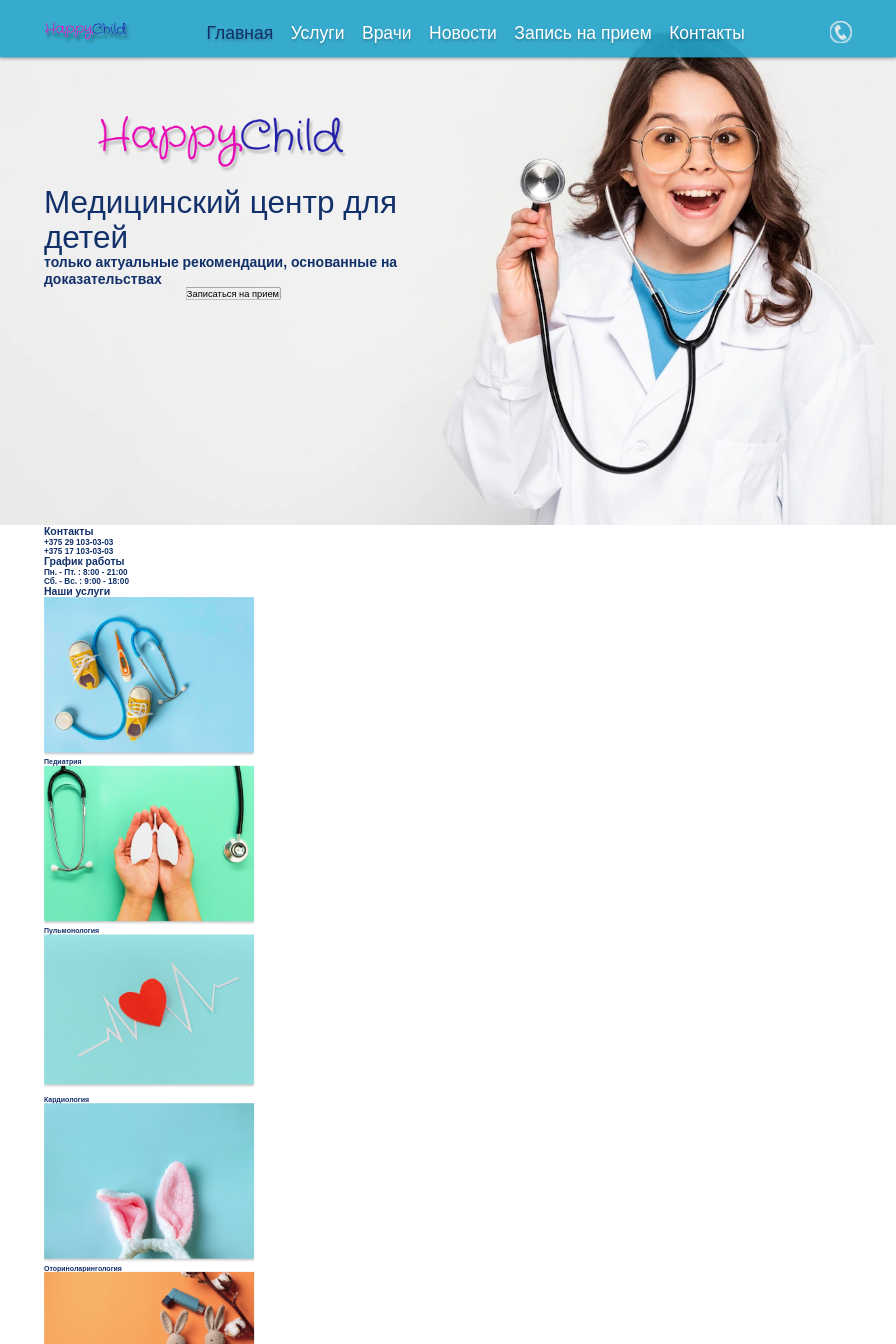
Repository: Normandy72/Landing-Page-Happy-Child
Page: index.html
These files come from the project's save history. The page is drawn as it stood at one moment and after the next save; the edit follows.
The browser window is 1280 px wide. The pictures show the part of the page from y = 0 to 1920 px (the page is 8201 px tall before and 8104 px after), at 70% of full size.
Some web fonts or font styles are not loaded; a fallback is used.

Above is the page before, as saved 2022-11-11 23:08:02.
Not found: styles/doctors_card.css
Not found: styles/news_card.css
Not found: styles/services_card.css

### index.html
<!DOCTYPE html>
<html lang="en">
<head>
    <meta charset="UTF-8">
    <meta http-equiv="X-UA-Compatible" content="IE=edge">
    <meta name="viewport" content="width=device-width, initial-scale=1.0">
    <link href="https://fonts.googleapis.com/css2?family=Neucha&display=swap" rel="stylesheet">
    <link rel="icon" href="resources/icon/stethoscope.ico" sizes="16x16">
    <link rel="icon" href="resources/icon/stethoscope.ico" sizes="32x32">
    <link rel="icon" href="resources/icon/stethoscope.ico" sizes="64x64">
    <link rel="stylesheet" href="styles/main.css">
    <title>Happy Child</title>
</head>

<body>
    <header>
        <div class="wrapper layout-3-columns">
            <a href="#">
                <div class="header__logo"></div>
            </a>
            <nav class="header__navigation">
                <a class = "navigation__link selected_link" href="#">Главная</a>
                <a class = "navigation__link" href="#">Услуги</a>
                <a class = "navigation__link" href="#">Врачи</a>
                <a class = "navigation__link" href="#">Новости</a>
                <a class = "navigation__link" href="#">Запись на прием</a>
                <a class = "navigation__link" href="#">Контакты</a>
            </nav>
            <a href="tel: +375291030303">
                <div class="header__phone"></div>
            </a>
        </div>
    </header>

    <main>
        <section class="section__main">
            <div class="wrapper">
                <div class="main__text">
                    <div class="main__logo"></div>
                    <h1>Медицинский центр для детей</h1>
                    <h5>только актуальные рекомендации, основанные на доказательствах</h5>
                    <button class="button button_accented">Записаться на прием</button>
                </div>
            </div>
        </section>

        <section class="section__information wrapper">
            <div class="information__block block__phone">
                <div class="block__icon"></div>
                <h2 class="heading_light">Контакты</h2>
                <h3>+375 29 103-03-03</h3>
                <h3>+375 17 103-03-03</h3>
            </div>
            <div class="information__block block__shedule">
                <div class="block__icon"></div>
                <h2 class="heading_light">График работы</h2>
                <h3>Пн. - Пт. :    8:00 - 21:00</h3>
                <h3>Сб. - Вс. :    9:00 - 18:00</h3>
            </div>
        </section>

        <section>
            <div class="section__lines">
                <div></div>
                <div></div>
                <div></div>
                <div></div>
            </div>
            <div class="wrapper section__services">
                <h2 class="heading_dark">Наши услуги</h2>
                <div class="services__card">
                    <img src="resources/img/services/pediatria.png" alt="pediatria">
                    <h4>Педиатрия</h4>
                </div>

                <div class="services__card">
                    <img src="resources/img/services/pulmo.png" alt="pulmo">
                    <h4>Пульмонология</h4>
                </div>

                <div class="services__card">
                    <img src="resources/img/services/cardio.png" alt="cardio">
                    <h4>Кардиология</h4>
                </div>

                <div class="services__card">
                    <img src="resources/img/services/lor.png" alt="lor">
                    <h4>Оториноларингология</h4>
                </div>

                <div class="services__card">
                    <img src="resources/img/services/allergo.png" alt="allergo">
                    <h4>Аллергология</h4>
                </div>

                <div class="services__card">
                    <img src="resources/img/services/surgery.png" alt="surgery">
                    <h4>Хирургия</h4>
                </div>

                <div class="services__card">
                    <img src="resources/img/services/neuro.png" alt="neuro">
                    <h4>Неврология</h4>
                </div>

                <div class="services__card">
                    <img src="resources/img/services/endocryn.png" alt="endocryn">
                    <h4>Эндокринология</h4>
                </div>

                <div class="services__card">
                    <img src="resources/img/services/ophtalm.png" alt="ophtalm">
                    <h4>Офтальмология</h4>
                </div>

                <div class="services__card">
                    <img src="resources/img/services/vaccination.png" alt="vaccination">
                    <h4>Вакцинация</h4>
                </div>

                <div class="services__card">
                    <img src="resources/img/services/usd.png" alt="usd">
                    <h4>УЗ-диагностика</h4>
                </div>

                <div class="services__card">
                    <img src="resources/img/services/stayhome.png" alt="stayhome">
                    <h4>Вызов врача на дом</h4>
                </div>
            </div>
        </section>

        <section class="section__addition">
            <div class="wrapper addition__info">
                <div class="addition__text">
                    <h2 class="heading_light">Записаться на прием онлайн</h2>
                    <h5>Записаться на приём можно в любое время суток и без выходных</h5>
                </div>
                <button class="button button_standart">Записаться онлайн</button>
            </div>
        </section>

        <section class="wrapper section__chief">
            <div class="chief__foto"></div>
            <div class="chief__text">
                <div class="text__lines">
                    <div class="lines__line"></div>
                    <p>“</p>
                    <div class="lines__line"></div>
                </div>
                <h5>Счастливый ребенок – это, прежде всего, ребенок здоровый, и только потом уже читающий
                и играющий на скрипке.</h5>
                <div class="text__lines">
                    <div class="lines__line"></div>
                    <p>”</p>
                    <div class="lines__line"></div>
                </div>
                <h5>Главный врач клиники</h5>
                <div class="chief__logo"></div>
                <h5>Самуилова Инна Абрамовна</h5>
            </div>
        </section>

        <section class="wrapper section__doctors">
            <h2 class="heading_dark">Познакомьтесь с нашими специалистами</h2>
            <p>Мы гордимся тем, что являемся медицинским центром, где Ваши дети на первом месте!
                В кратчайшие сроки мы предоставляем медицинскую помощь высочайшего качества и индивидуальное лечение ведущими специалистами страны. </p>
            <div class="doctors__arrays">
                <div></div>
                <div></div>
            </div>
            <div class="doctors__cards">
                <div class="doctors__card">
                    <img src="resources/img/doctors/ivanov1.png" alt="ivanov1">
                    <h5>Иванов Илья Денисович</h5>
                    <h6>Врач-оториноларинголог</h6>
                </div>

                <div class="doctors__card">
                    <img src="resources/img/doctors/stanina1.png" alt="stanina1">
                    <h5>Станина Александра Ивановна</h5>
                    <h6>Врач-офтальмолог</h6>
                </div>

                <div class="doctors__card">
                    <img src="resources/img/doctors/tkachenko1.png" alt="tkachenko1">
                    <h5>Ткаченко Антонина Львовна</h5>
                    <h6>Врач-невролог</h6>
                </div>

                <div class="doctors__card">
                    <img src="resources/img/doctors/savenko1.png" alt="savenko1">
                    <h5>Савенко Алина Викторовна</h5>
                    <h6>Врач-педиатр</h6>
                </div>

                <div class="doctors__card">
                    <img src="resources/img/doctors/krotov1.png" alt="krotov1">
                    <h5>Кротов Алексей Геннадьевич</h5>
                    <h6>Врач-хирург</h6>
                </div>

                <div class="doctors__card">
                    <img src="resources/img/doctors/karpovich1.png" alt="karpovich1">
                    <h5>Карпович Анна Игоревна</h5>
                    <h6>Врач-кардиолог</h6>
                </div>

                <div class="doctors__card">
                    <img src="resources/img/doctors/akulich1.png" alt="akulich1">
                    <h5>Акулич Олег Васильевич</h5>
                    <h6>Врач-эндокринолог</h6>
                </div>

                <div class="doctors__card">
                    <img src="resources/img/doctors/astapenko1.png" alt="astapenko1">
                    <h5>Астапенко Ирина Эдуардовна</h5>
                    <h6>Врач УЗ-диагностики</h6>
                </div>
            </div>
        </section>

        <section>
            <div class="section__lines">
                <div></div>
                <div></div>
                <div></div>
            </div>
            <div class="wrapper section__news">
                <h2 class="heading_dark">Новости</h2>
                <div class="news_card">
                    <img src="resources/img/news/news1.png" alt="news1">
                    <h4>25. 07. 2022   15 : 00</h4>
                    <h3>Всемирный день здоровья полости рта</h3>
                    <h5>Взрослея, организм ребенка испытывает множество изменений. В честь Всемирного дня здоровья полости рта наши стоматологи расскажут родителям и детям, как заботиться о зубах и деснах в разных возрастных периодах, какие средства использовать, чтобы смена молочных зубов прошла легко и безболезненно, и еще много-много полезного!</h5>
                    <a href="#">Подробнее...</a>
                </div>

                <div class="news_card">
                    <img src="resources/img/news/news2.png" alt="news1">
                    <h4>27. 07. 2022   13 : 30</h4>
                    <h3>Европейская неделя иммунизации</h3>
                    <h5>Знаете ли Вы, что иммунизация является единственным и надежным способом борьбы с эпидемиологическими заболеваниями, такими как корь, полиомиелит, эпидемический паротит и др.? В рамках Европейской недели иммунизации врач-педиатр Савенко Алина Викторовна познакомит Вас с текущим календарем профилактических прививок и ответит на все волнующие Вас вопросы! </h5>
                    <a href="#">Подробнее...</a>
                </div>

                <div class="news_card">
                    <img src="resources/img/news/news3.png" alt="news1">
                    <h4>28. 07. 2022    16 : 00</h4>
                    <h3>Международный день офтальмологии</h3>
                    <h5>Ухудшение зрения может лишить человека возможности заниматься любимым делом. Хорошо, что современная офтальмология обладает широкими возможностями для лечения многих заболеваний глаз.  Приходите к нам в Международный день офтальмологии и узнайте, что рекомендуют специалисты для профилактии заболеваний глаз.</h5>
                    <a href="#">Подробнее...</a>
                </div>
            </div>
        </section>

        <section class="section__addition">
            <div class="wrapper addition__info">
                <div class="addition__text">
                    <h2 class="heading_light">Подписаться на рассылку</h2>
                    <h5>Будьте в курсе новостей !</h5>
                </div>
                <form class="addition__form">
                    <input class = "addition__input" type="text" value="Email">
                    <button class="button button_standart">Подписаться</button>
                </form>
            </div>
        </section>

        <section class="wrapper section__callback">
            <div class="callback__form">
                <h2 class="heading_dark">Остались вопросы?</h2>
                <h5>Оставьте заявку, мы Вам перезвоним!</h5>
                <form action="">
                    <input class="callback__input" type="text" value="Ваше имя">
			        <input class="callback__input" type="tel" placeholder="Номер телефона" pattern="+375(29,17,33,44)[0-9]{3}-[0-9]{2}-[0-9]{2}" required>
			        <select class="callback__input" name="menu" size="1">
				        <option>Желаемая услуга</option>
				        <option value="ped">Педиатрия</option>
				        <option value="pulmo">Пульмонология</option>
				        <option value="cardio">Кардиология</option>
				        <option value="lor">Оториноларингология</option>
				        <option value="allergo">Аллергология</option>
				        <option value="surg">Хирургия</option>
				        <option value="neuro">Неврология</option>
				        <option value="endocryn">Эндокринология</option>
				        <option value="ophtalm">Офтальмология</option>
				        <option value="vaccin">Вакцинация</option>
				        <option value="usd">УЗ-диагностика</option>
				        <option value="stayhome">Вызов врача на дом</option>
			        </select>
			        <input class="callback__input" type="date" value="2022-01-01" min="2022-01-01" max="2022-12-31">
                    <label class="callback__checkbox">
                        <input type="checkbox">
                        Я даю согласие на хранение и обработку персональных данных
                    </label>
			        <button class="button button_standart">Оставить заявку</button>
                </form>
            </div>
            <div class="callback__photo"></div>
        </section>

        <section class="wrapper section__contacts">
            <h2 class="heading_dark">Ждем Вас в нашем центре !</h2>
            <div class="contacts__info">
                <h3>Контакты</h3>
                <h5>Мы находимся по адресу:</h5>
                <h4>г. Минск, ул. Матусевича, 70</h4>
                <h5>Связаться:</h5>
                <a href="tel: +375291030303">+375 29 103-03-03</a>
                <a href="tel: +375171030303">+375 17 103-03-03</a>
                <h5>Мы в соц. сетях:</h5>
                <div class="contacts__social">
                    <a href="#"></a>
                </div>
                <div class="contacts__social">
                    <a href="#"></a>
                </div>
                <div class="contacts__social">
                    <a href="#"></a>
                </div>
            </div>
            <div class="contacts__map">
                <iframe src="https://www.google.com/maps/embed?pb=!1m18!1m12!1m3!1d2349.7572817965843!2d27.4501670158107!3d53.91828888010291!2m3!1f0!2f0!3f0!3m2!1i1024!2i768!4f13.1!3m3!1m2!1s0x46dbc52f35b245d3%3A0x98f1d72de22c93c4!2z0YPQu9C40YbQsCDQnNCw0YLRg9GB0LXQstC40YfQsCA3MCwg0JzQuNC90YHQug!5e0!3m2!1sru!2sby!4v1659879735812!5m2!1sru!2sby" width="50%" height="562px" style="border:0;" allowfullscreen="" loading="lazy" referrerpolicy="no-referrer-when-downgrade"></iframe>
            </div>
        </section>
    </main>

    <footer>
        <div class="wrapper">
            <h5>ООО “HappyChild” © 2022</h5>
            <a href="#">Политика конфиденциальности</a>
        </div>
    </footer>
</body>
</html>

### styles/main.css
@import url(buttons.css);
@import url(common.css);
@import url(doctors_card.css);
@import url(footer.css);
@import url(form.css);
@import url(header.css);
@import url(headings.css);
@import url(layouts.css);
@import url(links.css);
@import url(news_card.css);
@import url(section_main.css);
@import url(services_card.css);
@import url(variables.css);

### styles/common.css
*{
    margin: 0;
    padding: 0;
    box-sizing: border-box;
}

html{
    scroll-behavior: smooth;
}

body{
    font-family: var(--main-font);
    font-size: 10px;
    color: var(--text-dark-color);
}

.wrapper{
    max-width: 1180px;
    min-width: 480px;
    padding: 0 1%;
    margin: auto;
}

### styles/header.css
header{
    width: 100%;
    background-color: var(--header-color);
    box-shadow: 0px 4px 4px rgba(0, 0, 0, 0.25);
    position: fixed;
    top: 0;
}

header .wrapper{
    padding-top: 30px;
    padding-bottom: 20px;
}

.header__logo{
    background-image: url(../resources/icon/HappyChild_small.svg);
    background-repeat: no-repeat;
    width: 136px;
    height: 31px;
}

.header__navigation{
    display: flex;
    align-items: center;
    justify-content: space-between;
}

.navigation__link{
    padding-right: 25px;
}

.header__phone{
    background-image: url(../resources/icon/phone.svg);
    background-repeat: no-repeat;
    width: 32px;
    height: 32px;
}

### styles/headings.css
h1{
    font-size: var(--h1-font-size);
    font-style: normal;
    font-weight: 400;
    line-height: 50px;
}

h2{

}

h3{

}

h4{

}

h5{
    font-size: var(--h5-font-size);
}

h6{

}

### styles/layouts.css
.layout-3-columns{
    display: flex;
    align-items: center;
    justify-content: space-between;
    flex-wrap: wrap;
    flex-basis: 33%;
}

### styles/links.css
a{
    text-decoration: none;
    color: var(--links-color);
    text-shadow: var(--links-shadow);
    font-size: var(--links-font-size);
}

a:hover{
    cursor: pointer;
    color: var(--links-hover-color);
    transition: var(--transition);
}

.selected_link{
    color: var(--selected-link-color);
}

### styles/section_main.css
.section__main{
    width: 100%;
    height: 750px;
    background-image: url(../resources/img/girl.jpg);
    background-size: cover;
    background-repeat: no-repeat;
}

.main__text{
    padding-top: 165px;
    width: 540px;
    display: flex;
    flex-direction: column;
    align-items: center;
}

.main__logo{
    background-image: url(../resources/icon/HappyChild_big.png);
    background-repeat: no-repeat;
    width: 388px;
    height: 99px;
}

### styles/variables.css
:root{
    /* fonts */
    --main-font: 'Neucha', Arial, cursive;

    /* font sizes */
    --links-font-size: 25px;
    --h1-font-size: 45px;
    --h5-font-size: 20px;

    /* colors */
    --header-color: rgba(35, 164, 201, 0.9);
    --links-color:  #FFFFFF;
    --links-shadow: 0px 4px 4px rgba(0, 0, 0, 0.25);
    --links-hover-color: #12306A;
    --selected-link-color: #12306A;
    --text-dark-color:#12306A;
    --text-ligth-color:#FFFFFF;

    /* transition */
    --transition: all .3s ease-out;
}

Loaded but not shown: styles/buttons.css (no copy from this time; the picture is the same without it); styles/footer.css (no copy from this time; the picture is the same without it); styles/form.css (no copy from this time; the picture is the same without it)

After the next save:
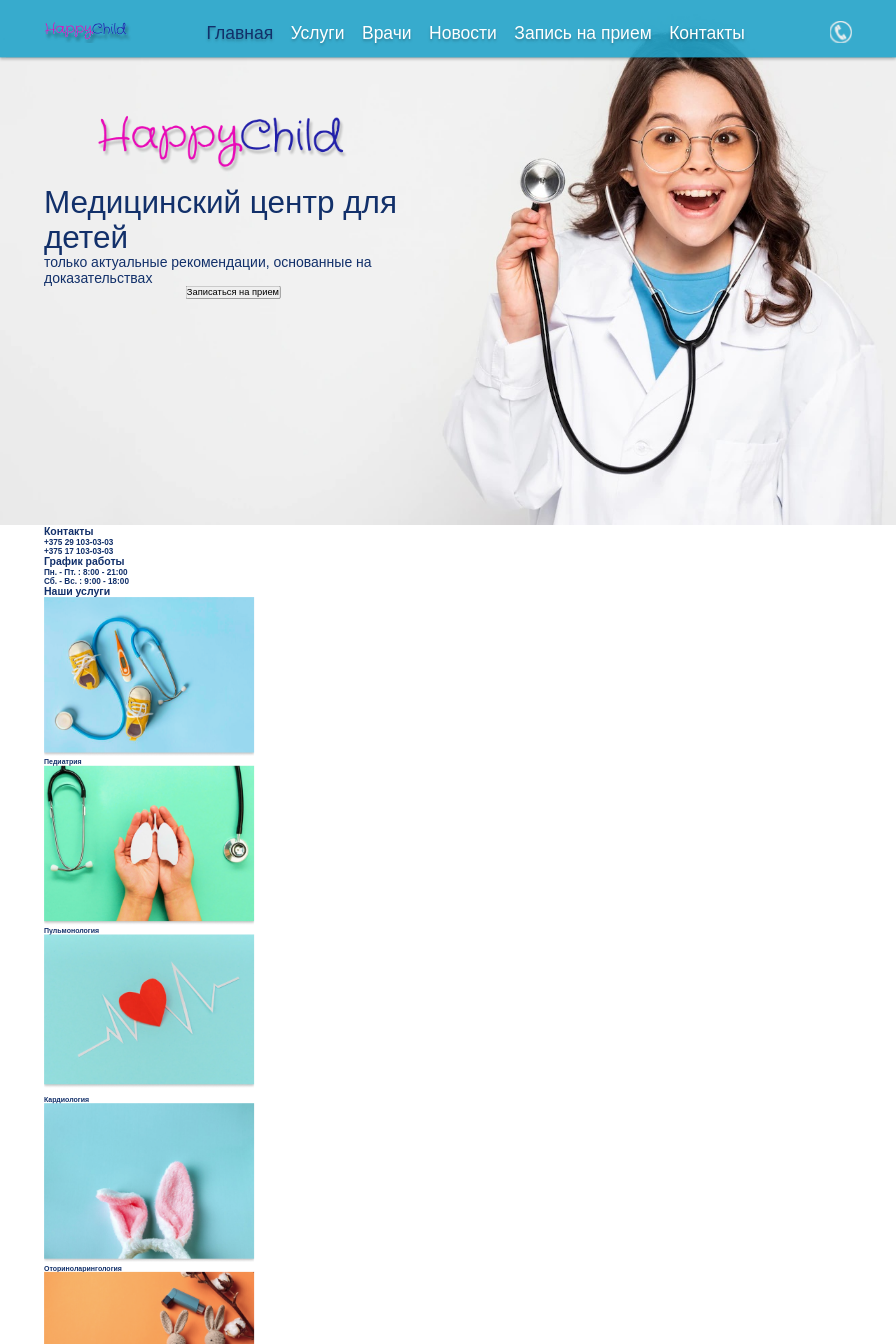
Saved 24 s later.
--- a/styles/headings.css
+++ b/styles/headings.css
@@ -19,6 +19,9 @@ h4{
 
 h5{
     font-size: var(--h5-font-size);
+    font-style: normal;
+    font-weight: 400;
+    line-height: 22px;
 }
 
 h6{
